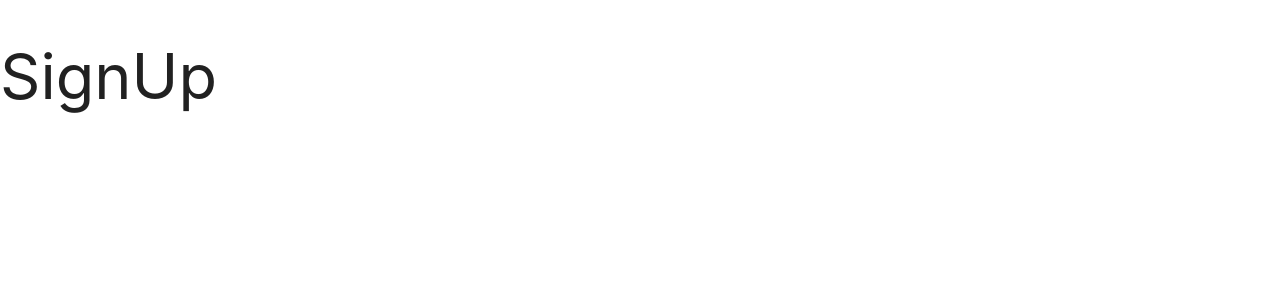
Repository: nin19/advance_java
Page: http://localhost/register-module/
These files come from the project's save history. The page is drawn as it stood at one moment and after the next save; the edit follows.
The browser window is 1280 px wide. The pictures show the whole page.
The page is served by Tomcat 9. Other server files are loaded and not shown.

Above is the page before, as saved 2024-10-17 13:23:16.

### servlet/register-module/src/main/webapp/signup.jsp
<%@ page language="java" contentType="text/html; charset=ISO-8859-1"
    pageEncoding="ISO-8859-1"%>
<!DOCTYPE html>
<html>
<head>
<meta charset="ISO-8859-1">
<title>SignUpPage</title>
 <!-- Compiled and minified CSS -->
    <link rel="stylesheet" href="https://cdnjs.cloudflare.com/ajax/libs/materialize/1.0.0/css/materialize.min.css">

    <!-- Compiled and minified JavaScript -->
    <script src="https://cdnjs.cloudflare.com/ajax/libs/materialize/1.0.0/js/materialize.min.js"></script>

</head>
<body>
	<h1>SignUp</h1>
</body>
</html>

After the next save:
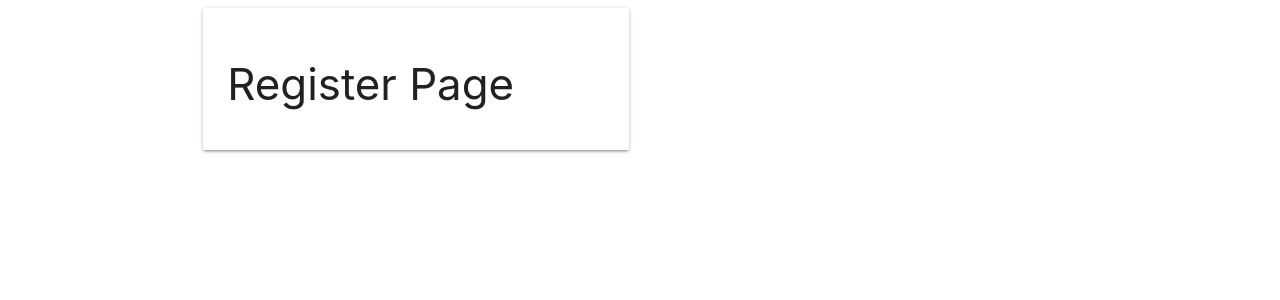
Saved 13 min 58 s later.
--- a/servlet/register-module/src/main/webapp/signup.jsp
+++ b/servlet/register-module/src/main/webapp/signup.jsp
@@ -13,6 +13,16 @@
 
 </head>
 <body>
-	<h1>SignUp</h1>
+	<div class="container">
+		<div class="row">
+			<div class="col m6">
+				<div class="card">
+					<div class="card-content">
+						<h3>Register Page</h3>
+					</div>
+				</div>
+			</div>
+		</div>
+	</div>
 </body>
 </html>
